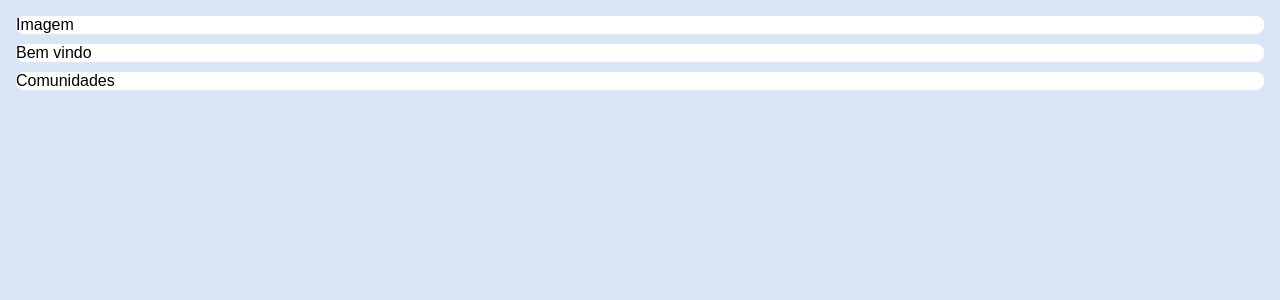
Repository: jminervino/alurakut
Page: /
An editor plug-in stored every save of this project. The page is shown before and after the next save, followed by the edit.
The browser window is 1280 px wide. The pictures show the whole page.
The project was rebuilt for these pictures with package versions that can differ from the ones it lists, and the page was loaded fresh each time. The framework's server and built-in components were replaced by stand-ins that run in the browser. Also part of the build but not shown: next.config.js.

Above is the page before, as saved 2022-03-23 22:56:01.

After the next save:
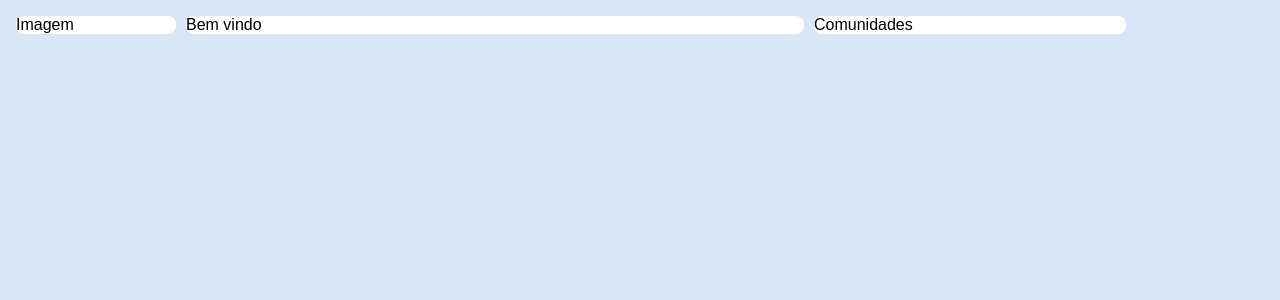
Saved 11 s later.
--- a/pages/index.js
+++ b/pages/index.js
@@ -15,8 +15,8 @@ const MainGrid = styled.main`
   grid-gap: 10px;
   padding: 16px;
 
-  @media (min-width: 860px)
-  grid-template-columns: 160px 618px 312px; {
+  @media (min-width: 860px){
+    grid-template-columns: 160px 618px 312px;
 
   }
 `
